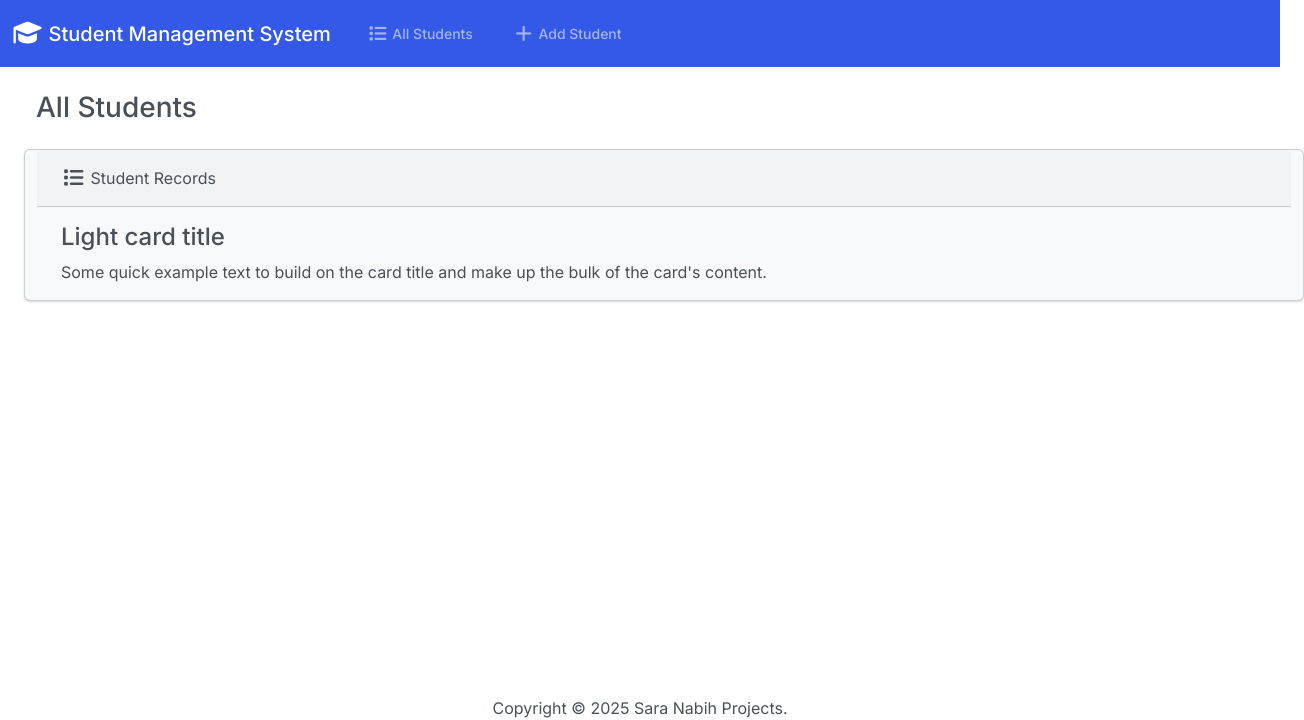
Repository: saraanbih/Student-Management-System
Page: http://localhost/
An editor plug-in stored every save of this project. The page is shown before and after the next save, followed by the edit.
The browser window is 1280 px wide. The page is 1304 px wide, so the pictures cover 1304 px, including what lies to the right of the window. The pictures show the whole page.
Some web libraries are served in a nearby version. The page is served by the project's application, run on Django 5.2 (manage.py). Other server files are loaded and not shown. The page reads the database file committed with the project.

Above is the page before, as saved 2025-09-11 16:08:18.

### students/templates/students/index.html
{% load static %}
<!DOCTYPE html>
<html lang="en">
  <head>
    <meta charset="UTF-8" />
    <meta name="viewport" content="width=device-width, initial-scale=1.0" />
    <title>Student Management System</title>
    <link rel="stylesheet" href="https://cdnjs.cloudflare.com/ajax/libs/font-awesome/7.0.1/css/all.min.css" />
    <link href="{% static 'css/bootstrap.min.css' %}" rel="stylesheet" />
  </head>
  <body class="d-flex flex-column min-vh-100">
    <nav class="navbar navbar-expand-lg bg-primary" data-bs-theme="dark">
      <div class="container-fluid">
        <a class="navbar-brand" href="#">
          <i class="fa-solid fa-graduation-cap fa-lg"></i> Student Management System
        </a>
        <button
          class="navbar-toggler"
          type="button"
          data-bs-toggle="collapse"
          data-bs-target="#navbarColor01"
          aria-controls="navbarColor01"
          aria-expanded="false"
          aria-label="Toggle navigation"
        >
          <span class="navbar-toggler-icon"></span>
        </button>
        <div class="collapse navbar-collapse" id="navbarColor01">
          <ul class="navbar-nav me-auto">
            <li class="nav-item">
              <a class="nav-link" href="#">
                <i class="fa-solid fa-list fa-lg"></i> All Students
              </a>
            </li>
            <li class="nav-item">
              <a class="nav-link" href="#">
                <i class="fa-solid fa-plus fa-lg"></i> Add Student
              </a>
            </li>
          </ul>
        </div>
      </div>
    </nav>

    <div class="container-fluid">
      <h3 class="m-4">All Students</h3>
      <div class="row">
        <div class="col-12">
          {% if students %}
          </div>
            <div class="card bg-light ms-4 me-4 mb-4">
              <div class="card-header">
                  <i class="fa-solid fa-list fa-lg"></i> Student Records
              </div>
              <div class="card-body">
                <h4 class="card-title">Light card title</h4>
                <p class="card-text">Some quick example text to build on the card title and make up the bulk of the card's content.</p>
              </div>
            </div>
          {% else %}
          <h5 class="card bg-light ms-4 me-4 mb-4">No Students Records</h5>
          {% endif %}
        </div>
      </div>
    </div>
    <footer class="mt-auto mp-4">
      <div class="text-center">
        <span>
          Copyright &copy; <script>document.write(new Date().getFullYear())</script> Sara Nabih Projects.
        </span>
      </div>

    </footer>
    <script
      src="https://cdn.jsdelivr.net/npm/bootstrap@5.3.8/dist/js/bootstrap.bundle.min.js"
      integrity="sha384-FKyoEForCGlyvwx9Hj09JcYn3nv7wiPVlz7YYwJrWVcXK/BmnVDxM+D2scQbITxI"
      crossorigin="anonymous"
    ></script>
  </body>
</html>

### students/models.py
from django.db import models

# Create your models here.

class Student(models.Model):
  student_number = models.PositiveBigIntegerField
  first_name = models.CharField(max_length=50)
  last_name = models.CharField(max_length=50)
  email = models.EmailField(max_length=100)
  field_of_study = models.CharField(max_length=50)
  gpa = models.FloatField()

  def __str__(self):
    return f"{self.first_name} {self.last_name}"

### students/views.py
from django.shortcuts import render
from .models import Student

# Create your views here.
def index(request):
  return render(request, 'students/index.html', {
    'students': Student.objects.all()
  })

### django_project/urls.py
"""
URL configuration for django_project project.

The `urlpatterns` list routes URLs to views. For more information please see:
    https://docs.djangoproject.com/en/5.2/topics/http/urls/
Examples:
Function views
    1. Add an import:  from my_app import views
    2. Add a URL to urlpatterns:  path('', views.home, name='home')
Class-based views
    1. Add an import:  from other_app.views import Home
    2. Add a URL to urlpatterns:  path('', Home.as_view(), name='home')
Including another URLconf
    1. Import the include() function: from django.urls import include, path
    2. Add a URL to urlpatterns:  path('blog/', include('blog.urls'))
"""
from django.contrib import admin
from django.urls import path, include

urlpatterns = [
    path('admin/', admin.site.urls),
    path('', include('students.urls')),
]

### students/urls.py
from django.urls import path
from . import views

urlpatterns = [
  path('', views.index, name='index'),

]

### db.sqlite3 (the tables this page reads, as SQL)
CREATE TABLE "students_student" ("id" integer NOT NULL PRIMARY KEY AUTOINCREMENT, "first_name" varchar(50) NOT NULL, "last_name" varchar(50) NOT NULL, "email" varchar(100) NOT NULL, "field_of_study" varchar(50) NOT NULL, "gpa" real NOT NULL, "student_number" bigint unsigned NOT NULL CHECK ("student_number" >= 0));
INSERT INTO "students_student" VALUES
(4, 'Sara', 'Nabih', 'nabihsara8@gmail.com', 'Computer Science', 3.8, 400),
(6, 'Mahmoud', 'Ali', 'mahmoud32@gmail.com', 'Engineer', 3.09, 7),
(7, 'Omar', 'Ahmed', 'omar@gmail.com', 'Network', 3.08, 42),
(8, 'Hazem', 'Ali', 'hazem.ali@gmail.com', 'Backend', 3.0, 23);

Loaded but not shown: students/static/css/bootstrap.min.css (library)

After the next save:
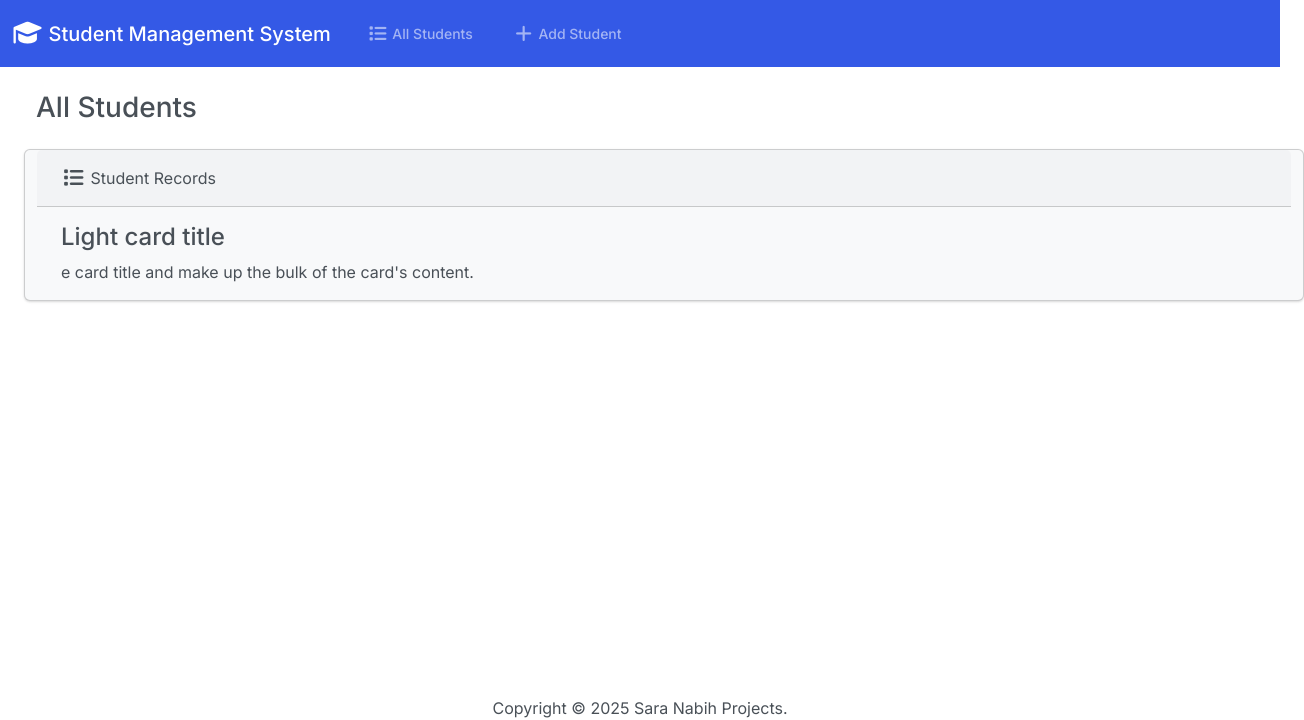
Saved 14 s later.
--- a/students/templates/students/index.html
+++ b/students/templates/students/index.html
@@ -54,7 +54,7 @@
               </div>
               <div class="card-body">
                 <h4 class="card-title">Light card title</h4>
-                <p class="card-text">Some quick example text to build on the card title and make up the bulk of the card's content.</p>
+                <p class="card-text">e card title and make up the bulk of the card's content.</p>
               </div>
             </div>
           {% else %}
